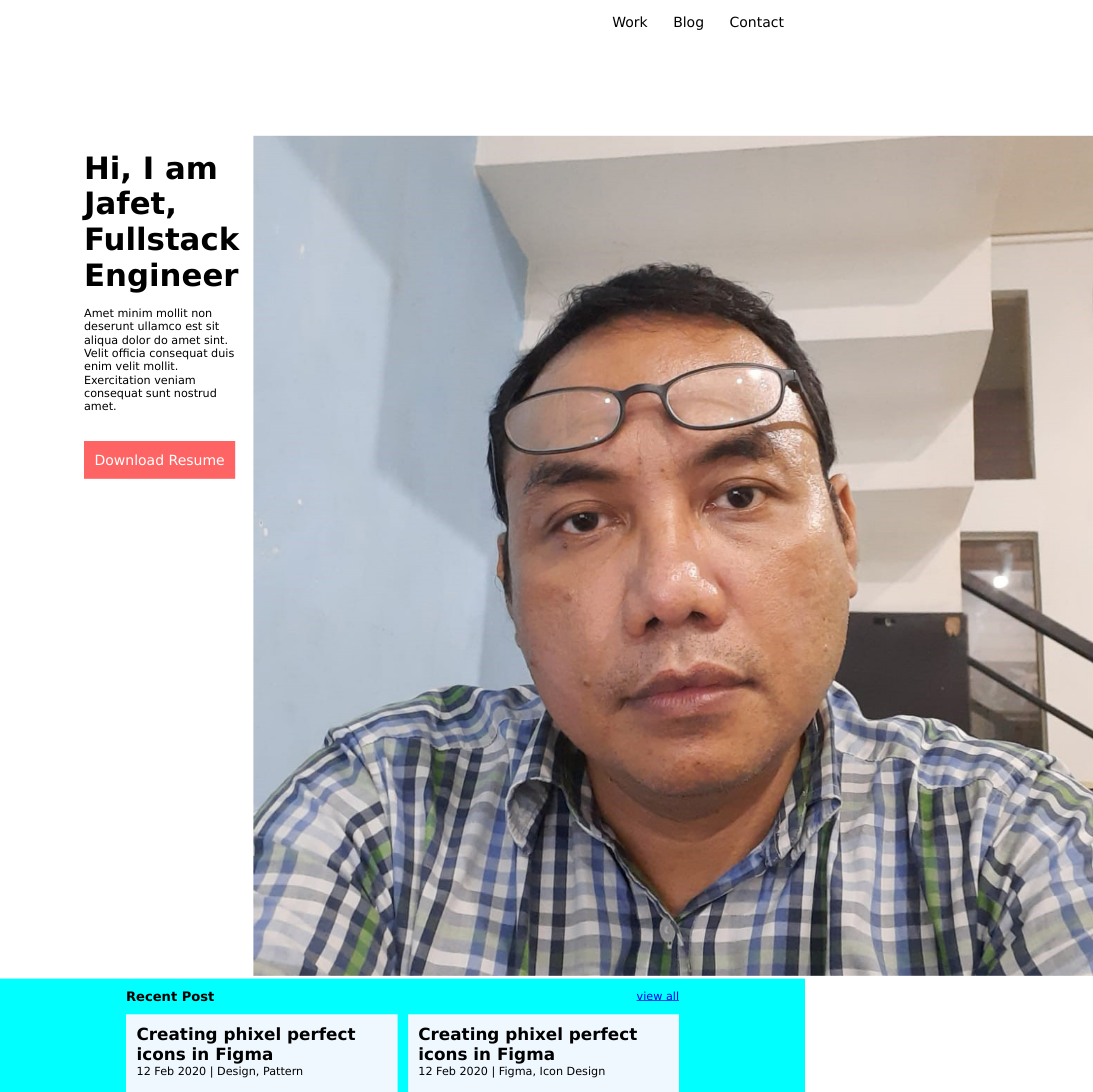
Repository: jafetdn73/portofolio
Page: index.html
An editor plug-in stored every save of this project. The page is shown before and after the next save, followed by the edit.
The browser window is 1280 px wide. The page is 1562 px wide, then 1537 px, so the pictures cover 1562 px, including what lies to the right of the window. The pictures show the part of the page from y = 0 to 1560 px (the page is 2615 px tall before and 2662 px after), at 70% of full size.

Above is the page before, as saved 2022-02-23 16:22:02.

### index.html
<!DOCTYPE html>
<html lang="en">
<head>
    <meta charset="UTF-8">
    <meta http-equiv="X-UA-Compatible" content="IE=edge">
    <meta name="viewport" content="width=device-width, initial-scale=1.0">
    <link rel="stylesheet" href="figma.css">
    <title>Belajar HTML CSS</title>
</head>
<body>
    <div class="container">
        <!-- Start Menu Bar -->
        <div class="menu-bar">
            <ul>
                <li>
                    Work
                </li>
                <li>
                    Blog
                </li>
                <li>
                    Contact
                </li>
            </ul>
        </div>
        <!-- Starr Hero -->
        <div class="hero">
            <div class="hero-text">
                <h1>Hi, I am Jafet,<br/>
                    Fullstack Engineer
                </h1>
                <p>
                    Amet minim mollit non deserunt ullamco est sit aliqua dolor do amet sint. Velit officia consequat duis enim velit mollit. Exercitation veniam consequat sunt nostrud amet.
                </p>
                <button>Download Resume</button>
            </div>
            <div class="hero-image">
                <img src="jafet.png"/>
            </div>
        </div>
        <!-- Start Post -->
        <div class="post">
            <div class="post-navi">
                <h3>Recent Post</h3>
                <a href="http://detik.com">view all</a>
            </div>
            <div class="post-content">
                <div class="post-content-detail">
                    <h2>Creating phixel perfect icons in Figma</h2>
                    <label>12 Feb 2020</label>
                    <label>|</label>
                    <label>Design, Pattern</label>
                    <p>
                        Amet minim mollit non deserunt ullamco est sit aliqua dolor do amet sint. Velit officia consequat duis enim velit mollit. Exercitation veniam consequat sunt nostrud amet.
                    </p>
                </div>
                <div class="post-content-detail">
                    <h2>Creating phixel perfect icons in Figma</h2>
                    <label>12 Feb 2020</label>
                    <label>|</label>
                    <label>Figma, Icon Design</label>
                    <p>
                        Amet minim mollit non deserunt ullamco est sit aliqua dolor do amet sint. Velit officia consequat duis enim velit mollit. Exercitation veniam consequat sunt nostrud amet.
                    </p>
                </div>
            </div>
        </div>
        <!-- Start Featured -->
        <div class="featured">
            <h3>Featured Works</h3>
            <div class="featured-detail">
                <div class="featured-image">
                    <img src="Rectangle 30.png"/>
                </div>
                <div class="featured-text">
                    <h2>Designing Dashboards</h2>
                    <label>2020</label>
                    <label>Dashbord</label>
                    <p>
                        Amet minim mollit non deserunt ullamco est sit aliqua dolor do amet sint. Velit officia consequat duis enim velit mollit. Exercitation veniam consequat sunt nostrud amet
                    </p>
                </div>
            </div>
            <hr/>
            <div class="featured-detail">
                <div class="featured-image">
                    <img src="Rectangle 32.png"/>
                </div>
                <div class="featured-text">
                    <h2>Designing Dashboards</h2>
                    <label>2020</label>
                    <label>Dashbord</label>
                    <p>
                        Amet minim mollit non deserunt ullamco est sit aliqua dolor do amet sint. Velit officia consequat duis enim velit mollit. Exercitation veniam consequat sunt nostrud amet
                    </p>
                </div>
            </div>
            <hr/>
            <div class="featured-detail">
                <div class="featured-image">
                    <img src="Rectangle 34.png"/>
                </div>
                <div class="featured-text">
                    <h2>Designing Dashboards</h2>
                    <label>2020</label>
                    <label>Dashbord</label>
                    <p>
                        Amet minim mollit non deserunt ullamco est sit aliqua dolor do amet sint. Velit officia consequat duis enim velit mollit. Exercitation veniam consequat sunt nostrud amet
                    </p>
                </div>
            </div>
            <hr/>
        </div>
        <!-- Start Social Media -->
        <div class="social-media"><img src="fb.png"/><img src="insta.png"/><img src="group.png"/><img src="linkedin.png"/></div>
        <div class="copyright">Copyright @2020 All right reserved</div>
    </div>
</body>
</html>

### figma.css
* {
    margin: 0;
    font-family:Verdana, Geneva, Tahoma, sans-serif;
}

.container {
    width: 1150px;
}

.menu-bar {
    display: flex;
    justify-content: flex-end;
    margin-top: 20px;
}

.menu-bar ul li {
    display: inline;
    margin-right: 30px;
    font-size: 20px;
}

/* Start Hero */
.hero {
    display: flex;
    justify-content: space-around;
    margin-top: 150px;
    padding: 0 100px;
}

.hero-text {
    width: 450px;
}

.hero-text h1 {
    font-size: 44px;
    font-weight: 400px;
}

.hero-text p {
    font-size: 16px;
}

.hero-text h1, p, button
{
    margin: 20px;
}

.hero-text button {
    background-color: #FF6464;
    border-style: none;
    padding: 15px;
    font-size: 20px;
    color: white;
}

/* Start Post */
.post {
    background-color:aqua;
    padding:15px 180px;
}

.post-navi {
    display :flex;
    justify-content:space-between ;
}

.post-content {
    display: flex;
    margin-top: 15px;
    gap:15px;
}

.post-content-detail {
    background-color: aliceblue;
    padding:15px;
}

/* Start Featured */
.featured {
    margin : 15px 180px;
    gap:15px;
}

.featured-detail {
    display:flex;
    margin-top: 15px;
    margin-bottom: 15px;
}

.featured-image {
    margin-right: 15px;
}


.social-media{
    margin-top: 150px;
    margin-left: 180px;
    width: 1150px;
    text-align: center;
}

.social-media img {
    margin-right: 50px;
}

.copyright {
    margin-top: 20px;
    margin-left: 180px;
    width: 1150px;
    text-align: center;
}

After the next save:
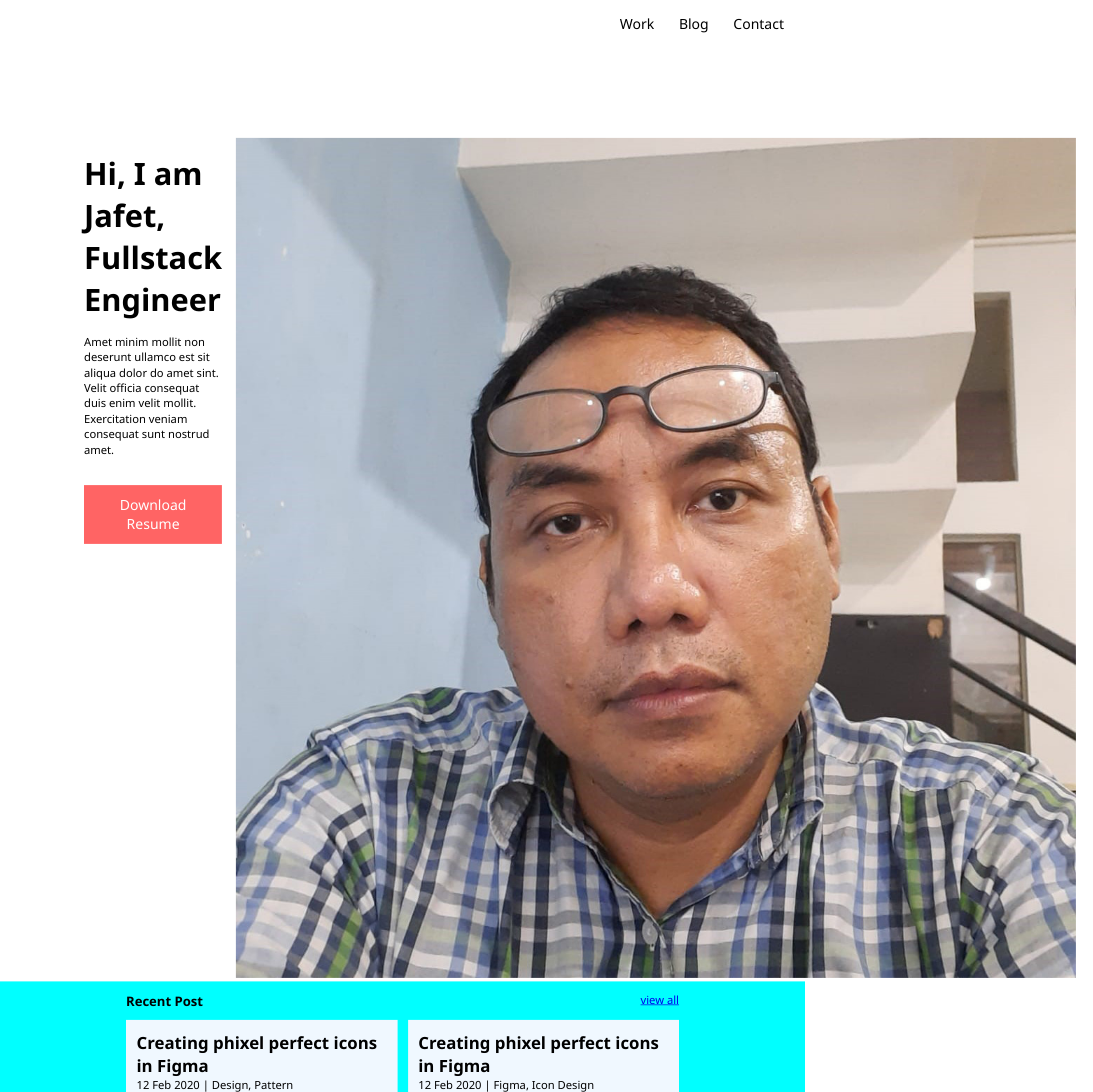
Saved 8 min 6 s later.
--- a/figma.css
+++ b/figma.css
@@ -1,6 +1,6 @@
 * {
     margin: 0;
-    font-family:Verdana, Geneva, Tahoma, sans-serif;
+    font-family:'Segoe UI', Tahoma, Geneva, Verdana, sans-serif
 }
 
 .container {
